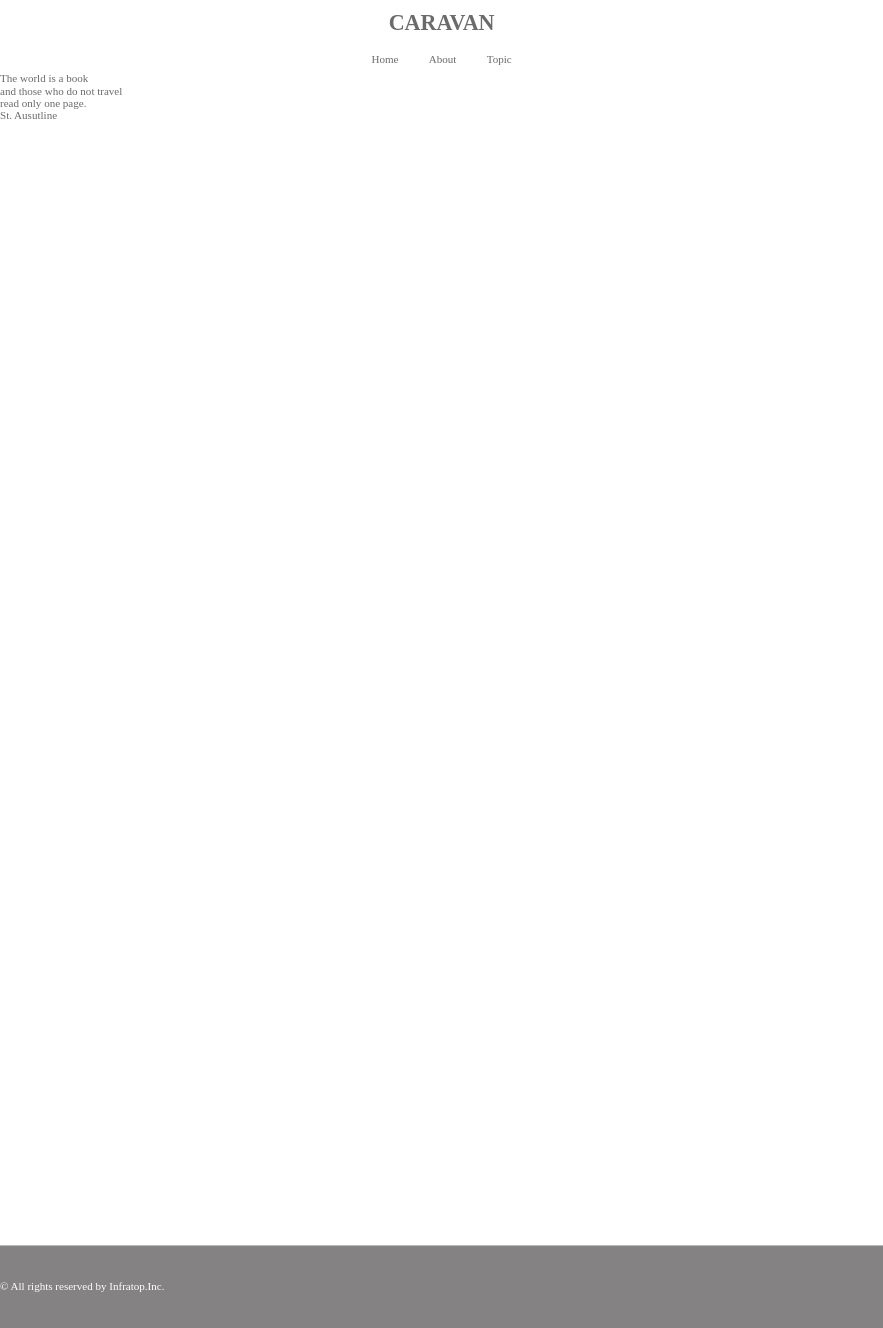
Repository: 44641/chapter9_exercise
Page: caravan/index.html
The author's editor kept a record of every edit. The page is drawn from the files as they stood at one moment, then again after the next edit.
The browser window is 1280 px wide. The pictures show the whole page, at 69% of full size.

Above is the page before.

After the next edit:
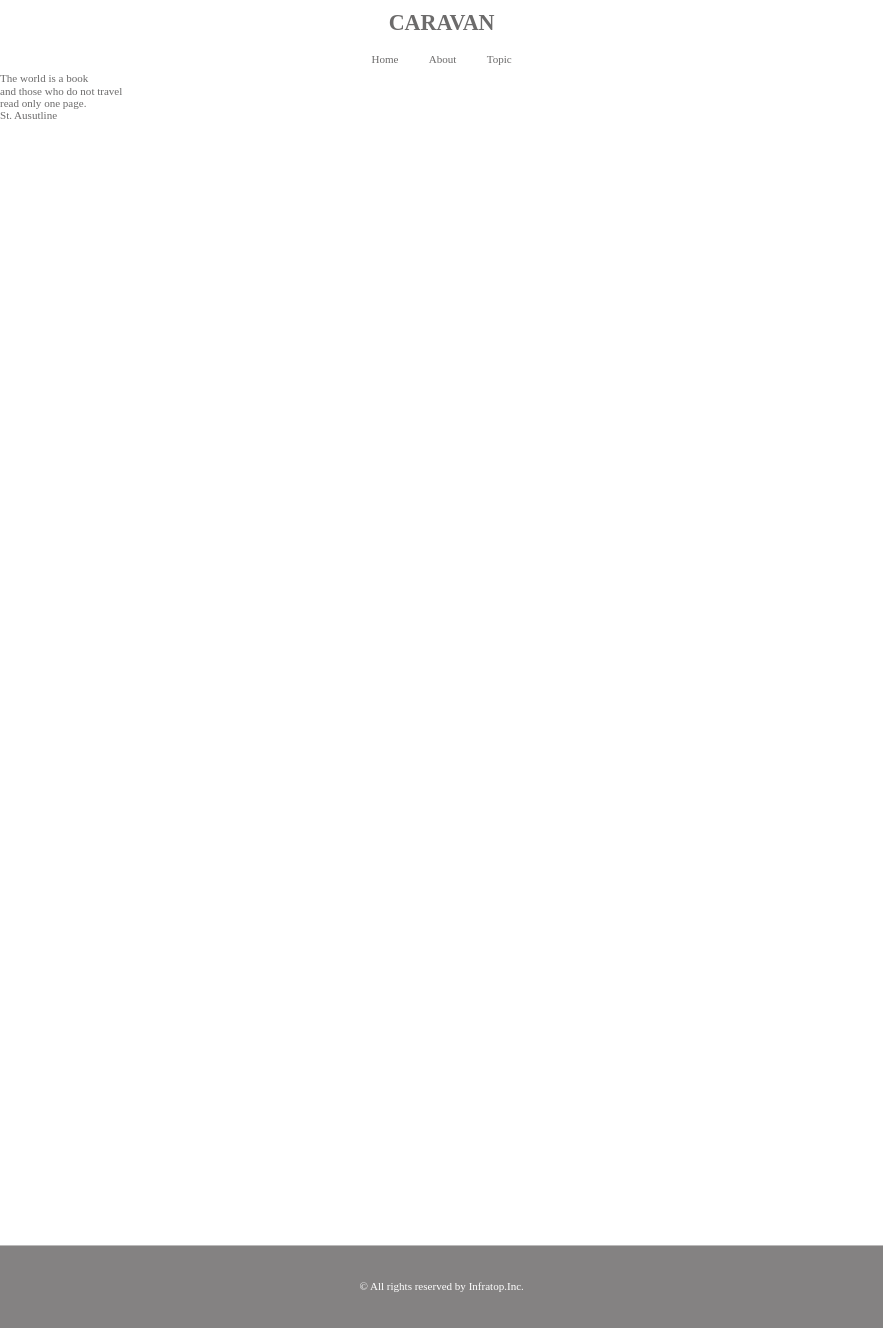
The edit:
--- a/caravan/style.css
+++ b/caravan/style.css
@@ -64,7 +64,7 @@
 footer {
   width: 100%;
   height: 120px;
-  taxt-align: center;
+  text-align: center;
   line-height: 120px;
   background-color: #848282;
 }
